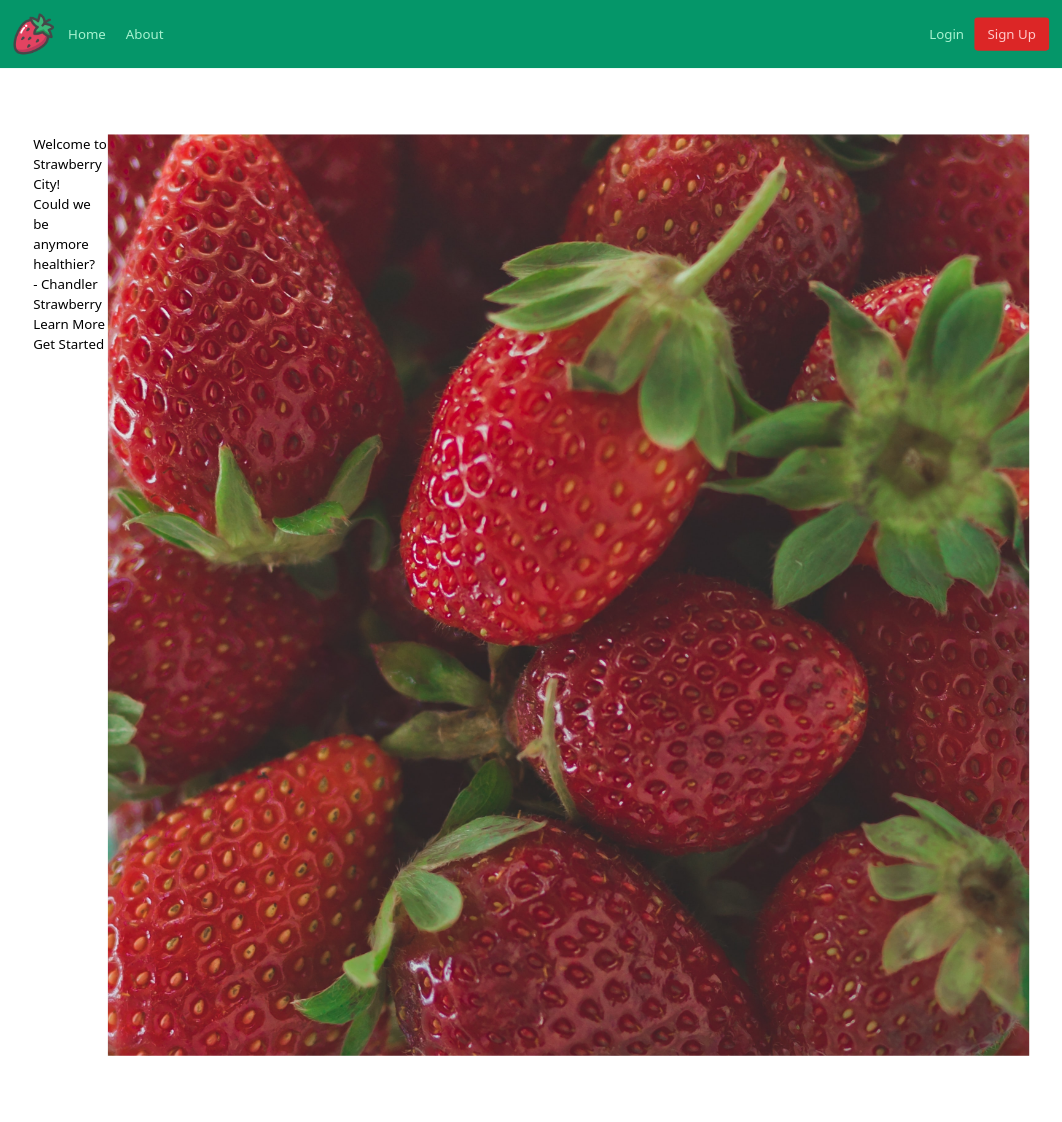
Repository: DaNiels89/tailwind-stawberries
Page: index.html
These files come from the project's save history. The page is drawn as it stood at one moment and after the next save; the edit follows.
The browser window is 1280 px wide. The pictures show the whole page, at 83% of full size.

Above is the page before, as saved 2020-08-24 13:42:19.

After the next save:
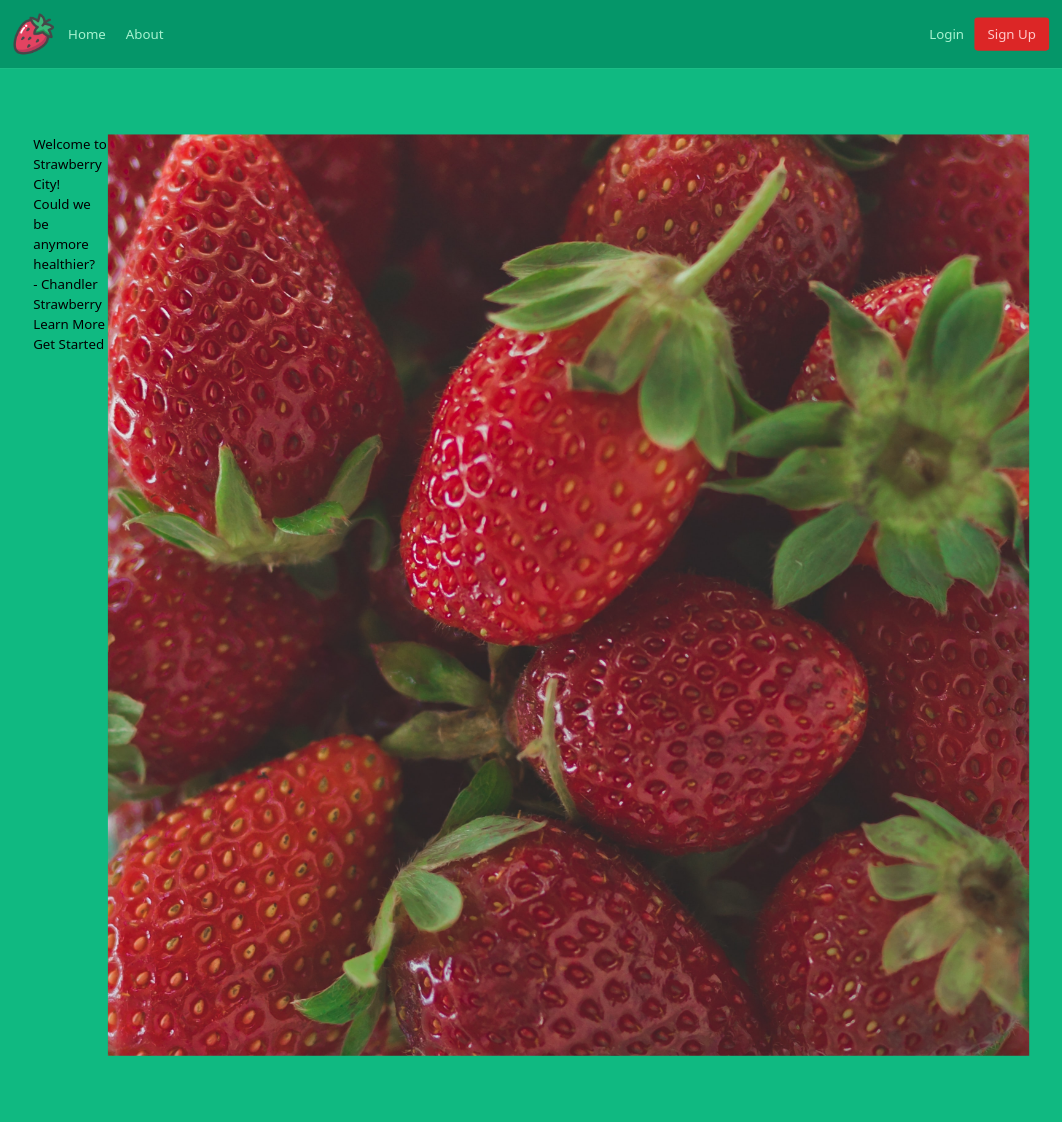
Saved 44 s later.
--- a/index.html
+++ b/index.html
@@ -45,7 +45,7 @@
       </nav>
     </header>
     <main class="">
-      <div class="flex justify-between py-20 px-10">
+      <div class="flex justify-between py-20 px-10 bg-green-500">
         <div class="">
           <h1 class="">Welcome to Strawberry City!</h1>
           <p class="">Could we be anymore healthier?</p>
